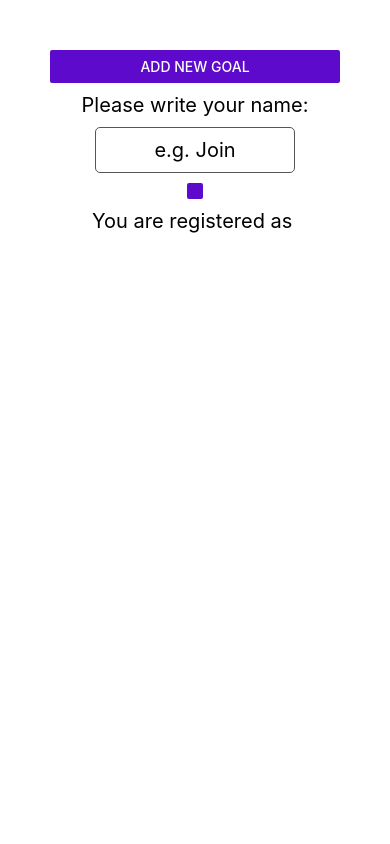
Repository: ntu34543/React-Native-Example1
Screen: /
An editor plug-in stored every save of this project. The screen is shown before and after the next save, followed by the edit.
The app was drawn by React Native's web renderer in a window 390 px wide. The project was rebuilt for these pictures with package versions that can differ from the ones it lists, and the page was loaded fresh each time. Also part of the build but not shown: components/Goalltem.js.

Above is the screen before, as saved 2022-09-12 16:03:41.

After the next save:
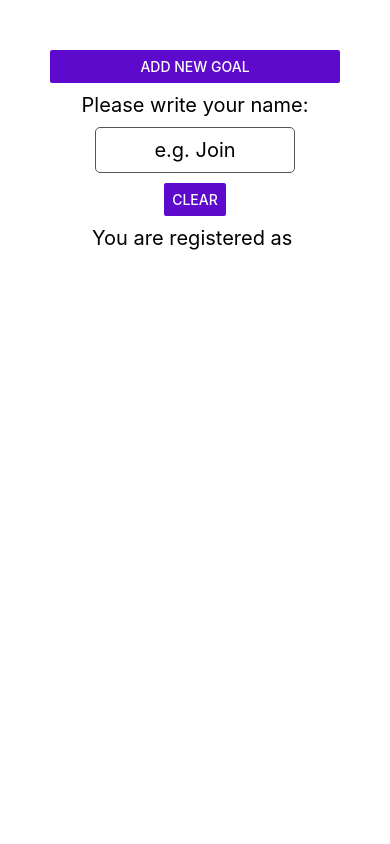
Saved 7 s later.
--- a/App.js
+++ b/App.js
@@ -65,7 +65,7 @@ export default function App() {
             // secureTextEntry
           />
           <Button
-            title={submitted}
+            title={submitted? "Submit" : "Clear"}
             color="#5e0acc"
             onPress={onPressHandler}
             // onPress={() => {
